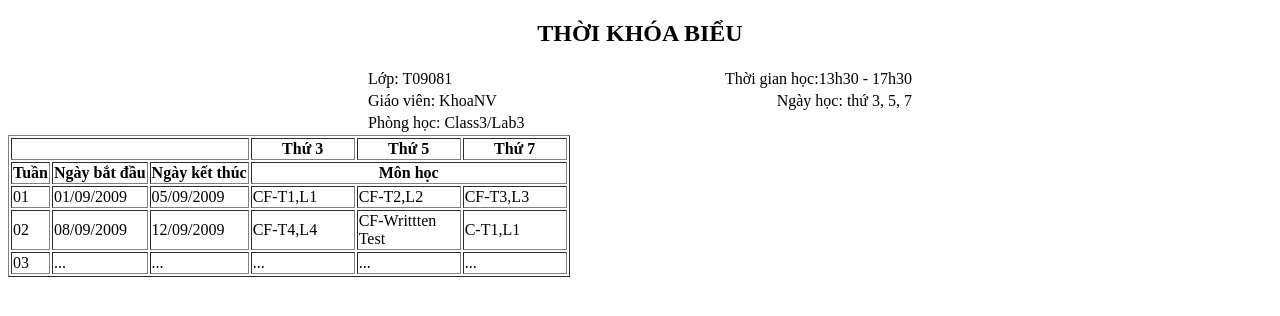
Repository: Lehuyhuynh/BT1-HTML
Page: index.html
An editor plug-in stored every save of this project. The page is shown before and after the next save, followed by the edit.
The browser window is 1280 px wide. The pictures show the whole page.

Above is the page before, as saved 2023-08-06 22:00:19.

After the next save:
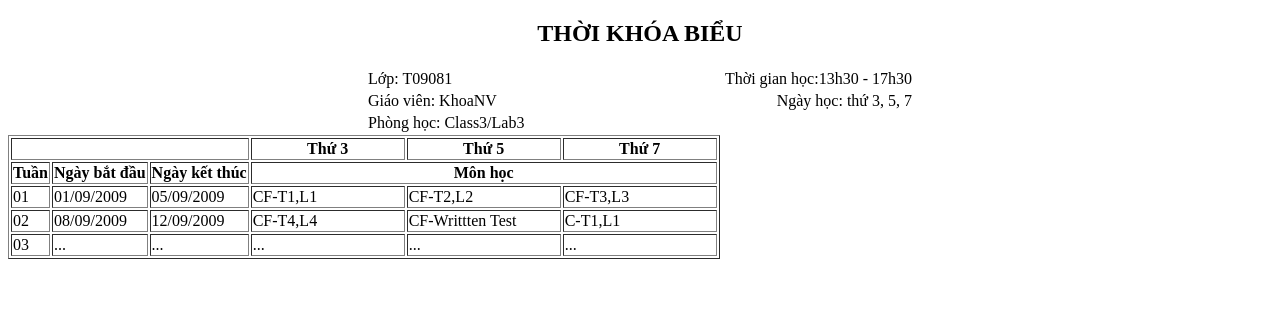
Saved 6 s later.
--- a/index.html
+++ b/index.html
@@ -25,7 +25,7 @@
       height: 20px;
     } */
     #rank{
-      width: 100px;
+      width: 150px;
     }
 
   </style>
